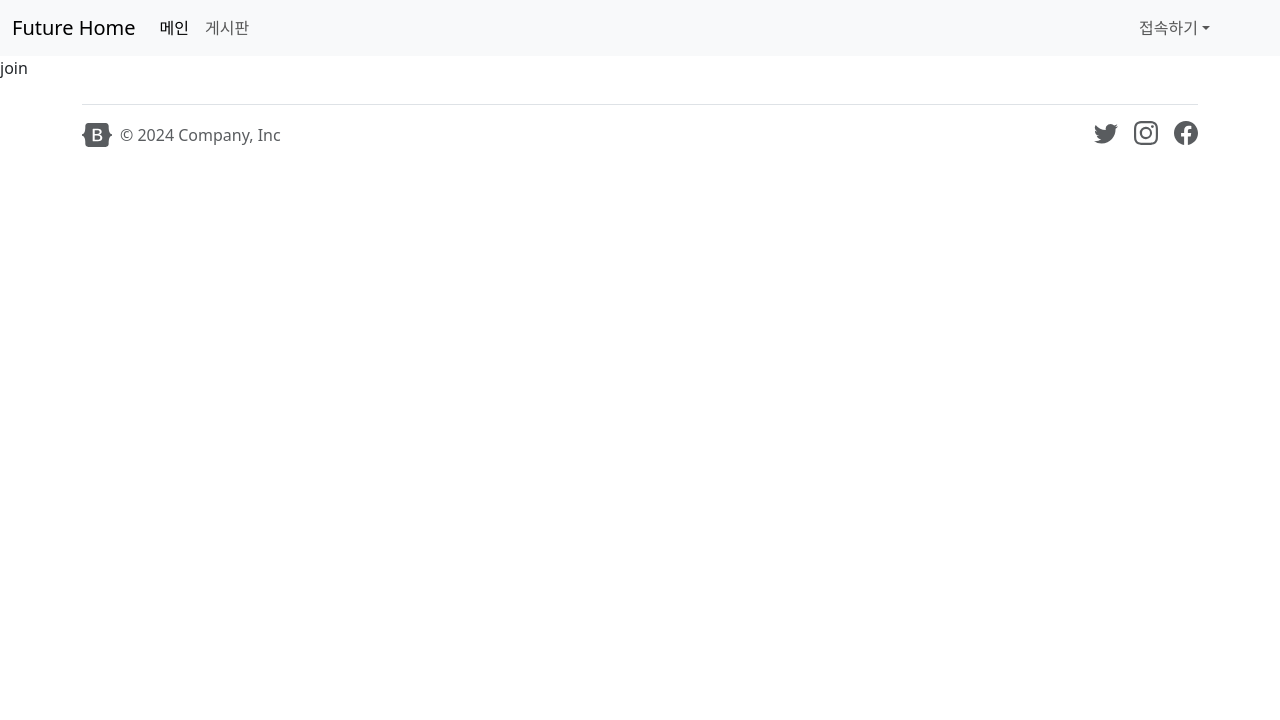
Repository: Mingkiiiii/JSP
Page: http://localhost/bbs/join.jsp
An editor plug-in stored every save of this project. The page is shown before and after the next save, followed by the edit.
The browser window is 1280 px wide. The pictures show the whole page.
The page is served by Tomcat 9. Other server files are loaded and not shown.

Above is the page before, as saved 2024-02-27 01:21:58.

### bbs/src/main/webapp/join.jsp
<%@ page language="java" contentType="text/html; charset=UTF-8"
    pageEncoding="UTF-8"%>
<!DOCTYPE html>
<html>
<head>
<meta charset="UTF-8">
<title>회원가입</title>
</head>
<body>
	<jsp:include page="WEB-INF/inc/top.jsp"></jsp:include>
	join
	<jsp:include page="WEB-INF/inc/footer.jsp"></jsp:include>
</body>
</html>

### bbs/src/main/webapp/WEB-INF/inc/top.jsp
<%@ page language="java" contentType="text/html; charset=UTF-8"
    pageEncoding="UTF-8"%>
<!DOCTYPE html>
<html>
<head>
<meta http-equiv="Content-Type" content="text/html; charset=UTF-8">
    <meta name="viewport" content="width=device-width, initial-scale=1.0">
    <script src="https://code.jquery.com/jquery-3.6.1.js"></script>
    <link href="https://cdn.jsdelivr.net/npm/bootstrap@5.3.1/dist/css/bootstrap.min.css" rel="stylesheet">
    <script src="https://cdn.jsdelivr.net/npm/bootstrap@5.3.1/dist/js/bootstrap.bundle.min.js"></script>
    <script src="https://cdnjs.cloudflare.com/ajax/libs/list.js/2.3.1/list.min.js"></script>
<title>Insert title here</title>
</head>
<%
	String userId = null;
	// 세션에 userId가 있을 경우
	if(session.getAttribute("userId") != null){
		userId =(String) session.getAttribute("userId");
	}
%>
<!-- nav 영역 -->
    <nav class="navbar navbar-expand-lg bg-body-tertiary">
        <div class="container-fluid">
            <a class="navbar-brand" href="index.jsp">Future Home</a>
            <button class="navbar-toggler" type="button" data-bs-toggle="collapse" data-bs-target="#navbarContent"
                aria-controls="navbarContent" aria-expanded="false" aria-label="Toggle naviation">
                <span class="navbar-toggler-icon"></span>
            </button>
            <div class="collapse navbar-collapse" id="navbarContent">
                <ul class="navbar-nav me-auto mb-2 mb-lg-0">
                    <li class="nav-item"><a class="nav-link active" aria-current="page" href="main.jsp">메인</a></li>
                    <li class="nav-item"><a class="nav-link" href="bbs.jsp">게시판</a>
                    </li>
                </ul>
                <% if(userId == null){ %>
                <ul class="nav navbar-nav navbar-right" style="margin-right:50px">
                    <li class="nav-item dropdown"><a class="nav-link dropdown-toggle" href="#" role="button"
                            data-bs-toggle="dropdown" aria-expanded="false"> 접속하기</a>
                        <ul class="dropdown-menu">
                            <li><a class="dropdown-item" href="login.jsp">로그인</a></li>
                            <li>
                                <hr class="dropdown-divider">
                            </li>
                            <li><a class="dropdown-item" href="join.jsp">회원가입</a></li>
                        </ul>
                    </li>
                </ul>
                <% }else{ %>
                 <ul class="nav navbar-nav navbar-right" style="margin-right:50px">
                 <li class="nav-item dropdown"><a class="nav-link dropdown-toggle" href="#" role="button"
                            data-bs-toggle="dropdown" aria-expanded="false"><%=userId %>님</a>
                        <ul class="dropdown-menu">
                            <li><a class="dropdown-item" href="mypage.jsp">마이페이지</a></li>
                            <li><a class="dropdown-item" href="LogoutAction.jsp">로그아웃</a></li>
                        </ul>
                    </li>
                </ul>
                <% } %>
            </div>
        </div>
    </nav>
    <!-- nav 영역 끝 -->
</html>

### bbs/src/main/webapp/WEB-INF/inc/footer.jsp
<%@ page language="java" contentType="text/html; charset=UTF-8"
    pageEncoding="UTF-8"%>
<!DOCTYPE html>
<html>
<head>
<meta charset="UTF-8">
<title>Insert title here</title>
<style>
      .bd-placeholder-img {
        font-size: 1.125rem;
        text-anchor: middle;
        -webkit-user-select: none;
        -moz-user-select: none;
        user-select: none;
      }

      @media (min-width: 768px) {
        .bd-placeholder-img-lg {
          font-size: 3.5rem;
        }
      }

      .b-example-divider {
        width: 100%;
        height: 3rem;
        background-color: rgba(0, 0, 0, .1);
        border: solid rgba(0, 0, 0, .15);
        border-width: 1px 0;
        box-shadow: inset 0 .5em 1.5em rgba(0, 0, 0, .1), inset 0 .125em .5em rgba(0, 0, 0, .15);
      }

      .b-example-vr {
        flex-shrink: 0;
        width: 1.5rem;
        height: 100vh;
      }

      .bi {
        vertical-align: -.125em;
        fill: currentColor;
      }

      .nav-scroller {
        position: relative;
        z-index: 2;
        height: 2.75rem;
        overflow-y: hidden;
      }

      .nav-scroller .nav {
        display: flex;
        flex-wrap: nowrap;
        padding-bottom: 1rem;
        margin-top: -1px;
        overflow-x: auto;
        text-align: center;
        white-space: nowrap;
        -webkit-overflow-scrolling: touch;
      }

      .btn-bd-primary {
        --bd-violet-bg: #712cf9;
        --bd-violet-rgb: 112.520718, 44.062154, 249.437846;

        --bs-btn-font-weight: 600;
        --bs-btn-color: var(--bs-white);
        --bs-btn-bg: var(--bd-violet-bg);
        --bs-btn-border-color: var(--bd-violet-bg);
        --bs-btn-hover-color: var(--bs-white);
        --bs-btn-hover-bg: #6528e0;
        --bs-btn-hover-border-color: #6528e0;
        --bs-btn-focus-shadow-rgb: var(--bd-violet-rgb);
        --bs-btn-active-color: var(--bs-btn-hover-color);
        --bs-btn-active-bg: #5a23c8;
        --bs-btn-active-border-color: #5a23c8;
      }
      .bd-mode-toggle {
        z-index: 1500;
      }
    </style>
</head>
<body>
	<!-- footer 영역 -->
    <svg xmlns="http://www.w3.org/2000/svg" class="d-none">
        <symbol id="bootstrap" viewBox="0 0 118 94">
          <title>Bootstrap</title>
          <path fill-rule="evenodd" clip-rule="evenodd" d="M24.509 0c-6.733 0-11.715 5.893-11.492 12.284.214 6.14-.064 14.092-2.066 20.577C8.943 39.365 5.547 43.485 0 44.014v5.972c5.547.529 8.943 4.649 10.951 11.153 2.002 6.485 2.28 14.437 2.066 20.577C12.794 88.106 17.776 94 24.51 94H93.5c6.733 0 11.714-5.893 11.491-12.284-.214-6.14.064-14.092 2.066-20.577 2.009-6.504 5.396-10.624 10.943-11.153v-5.972c-5.547-.529-8.934-4.649-10.943-11.153-2.002-6.484-2.28-14.437-2.066-20.577C105.214 5.894 100.233 0 93.5 0H24.508zM80 57.863C80 66.663 73.436 72 62.543 72H44a2 2 0 01-2-2V24a2 2 0 012-2h18.437c9.083 0 15.044 4.92 15.044 12.474 0 5.302-4.01 10.049-9.119 10.88v.277C75.317 46.394 80 51.21 80 57.863zM60.521 28.34H49.948v14.934h8.905c6.884 0 10.68-2.772 10.68-7.727 0-4.643-3.264-7.207-9.012-7.207zM49.948 49.2v16.458H60.91c7.167 0 10.964-2.876 10.964-8.281 0-5.406-3.903-8.178-11.425-8.178H49.948z"></path>
        </symbol>
        <symbol id="facebook" viewBox="0 0 16 16">
          <path d="M16 8.049c0-4.446-3.582-8.05-8-8.05C3.58 0-.002 3.603-.002 8.05c0 4.017 2.926 7.347 6.75 7.951v-5.625h-2.03V8.05H6.75V6.275c0-2.017 1.195-3.131 3.022-3.131.876 0 1.791.157 1.791.157v1.98h-1.009c-.993 0-1.303.621-1.303 1.258v1.51h2.218l-.354 2.326H9.25V16c3.824-.604 6.75-3.934 6.75-7.951z"/>
        </symbol>
        <symbol id="instagram" viewBox="0 0 16 16">
            <path d="M8 0C5.829 0 5.556.01 4.703.048 3.85.088 3.269.222 2.76.42a3.917 3.917 0 0 0-1.417.923A3.927 3.927 0 0 0 .42 2.76C.222 3.268.087 3.85.048 4.7.01 5.555 0 5.827 0 8.001c0 2.172.01 2.444.048 3.297.04.852.174 1.433.372 1.942.205.526.478.972.923 1.417.444.445.89.719 1.416.923.51.198 1.09.333 1.942.372C5.555 15.99 5.827 16 8 16s2.444-.01 3.298-.048c.851-.04 1.434-.174 1.943-.372a3.916 3.916 0 0 0 1.416-.923c.445-.445.718-.891.923-1.417.197-.509.332-1.09.372-1.942C15.99 10.445 16 10.173 16 8s-.01-2.445-.048-3.299c-.04-.851-.175-1.433-.372-1.941a3.926 3.926 0 0 0-.923-1.417A3.911 3.911 0 0 0 13.24.42c-.51-.198-1.092-.333-1.943-.372C10.443.01 10.172 0 7.998 0h.003zm-.717 1.442h.718c2.136 0 2.389.007 3.232.046.78.035 1.204.166 1.486.275.373.145.64.319.92.599.28.28.453.546.598.92.11.281.24.705.275 1.485.039.843.047 1.096.047 3.231s-.008 2.389-.047 3.232c-.035.78-.166 1.203-.275 1.485a2.47 2.47 0 0 1-.599.919c-.28.28-.546.453-.92.598-.28.11-.704.24-1.485.276-.843.038-1.096.047-3.232.047s-2.39-.009-3.233-.047c-.78-.036-1.203-.166-1.485-.276a2.478 2.478 0 0 1-.92-.598 2.48 2.48 0 0 1-.6-.92c-.109-.281-.24-.705-.275-1.485-.038-.843-.046-1.096-.046-3.233 0-2.136.008-2.388.046-3.231.036-.78.166-1.204.276-1.486.145-.373.319-.64.599-.92.28-.28.546-.453.92-.598.282-.11.705-.24 1.485-.276.738-.034 1.024-.044 2.515-.045v.002zm4.988 1.328a.96.96 0 1 0 0 1.92.96.96 0 0 0 0-1.92zm-4.27 1.122a4.109 4.109 0 1 0 0 8.217 4.109 4.109 0 0 0 0-8.217zm0 1.441a2.667 2.667 0 1 1 0 5.334 2.667 2.667 0 0 1 0-5.334z"/>
        </symbol>
        <symbol id="twitter" viewBox="0 0 16 16">
          <path d="M5.026 15c6.038 0 9.341-5.003 9.341-9.334 0-.14 0-.282-.006-.422A6.685 6.685 0 0 0 16 3.542a6.658 6.658 0 0 1-1.889.518 3.301 3.301 0 0 0 1.447-1.817 6.533 6.533 0 0 1-2.087.793A3.286 3.286 0 0 0 7.875 6.03a9.325 9.325 0 0 1-6.767-3.429 3.289 3.289 0 0 0 1.018 4.382A3.323 3.323 0 0 1 .64 6.575v.045a3.288 3.288 0 0 0 2.632 3.218 3.203 3.203 0 0 1-.865.115 3.23 3.23 0 0 1-.614-.057 3.283 3.283 0 0 0 3.067 2.277A6.588 6.588 0 0 1 .78 13.58a6.32 6.32 0 0 1-.78-.045A9.344 9.344 0 0 0 5.026 15z"/>
        </symbol>
    </svg>
    <div class="container">
        <footer class="d-flex flex-wrap justify-content-between align-items-center py-3 my-4 border-top">
          <div class="col-md-4 d-flex align-items-center">
            <a href="/" class="mb-3 me-2 mb-md-0 text-body-secondary text-decoration-none lh-1">
              <svg class="bi" width="30" height="24"><use xlink:href="#bootstrap"></use></svg>
            </a>
            <span class="mb-3 mb-md-0 text-body-secondary">© 2024 Company, Inc</span>
          </div>

          <ul class="nav col-md-4 justify-content-end list-unstyled d-flex">
            <li class="ms-3"><a class="text-body-secondary" href="#"><svg class="bi" width="24" height="24"><use xlink:href="#twitter"></use></svg></a></li>
            <li class="ms-3"><a class="text-body-secondary" href="#"><svg class="bi" width="24" height="24"><use xlink:href="#instagram"></use></svg></a></li>
            <li class="ms-3"><a class="text-body-secondary" href="#"><svg class="bi" width="24" height="24"><use xlink:href="#facebook"></use></svg></a></li>
          </ul>
        </footer>
    </div>
    <!-- footer 영역끝 -->
</body>
</html>

After the next save:
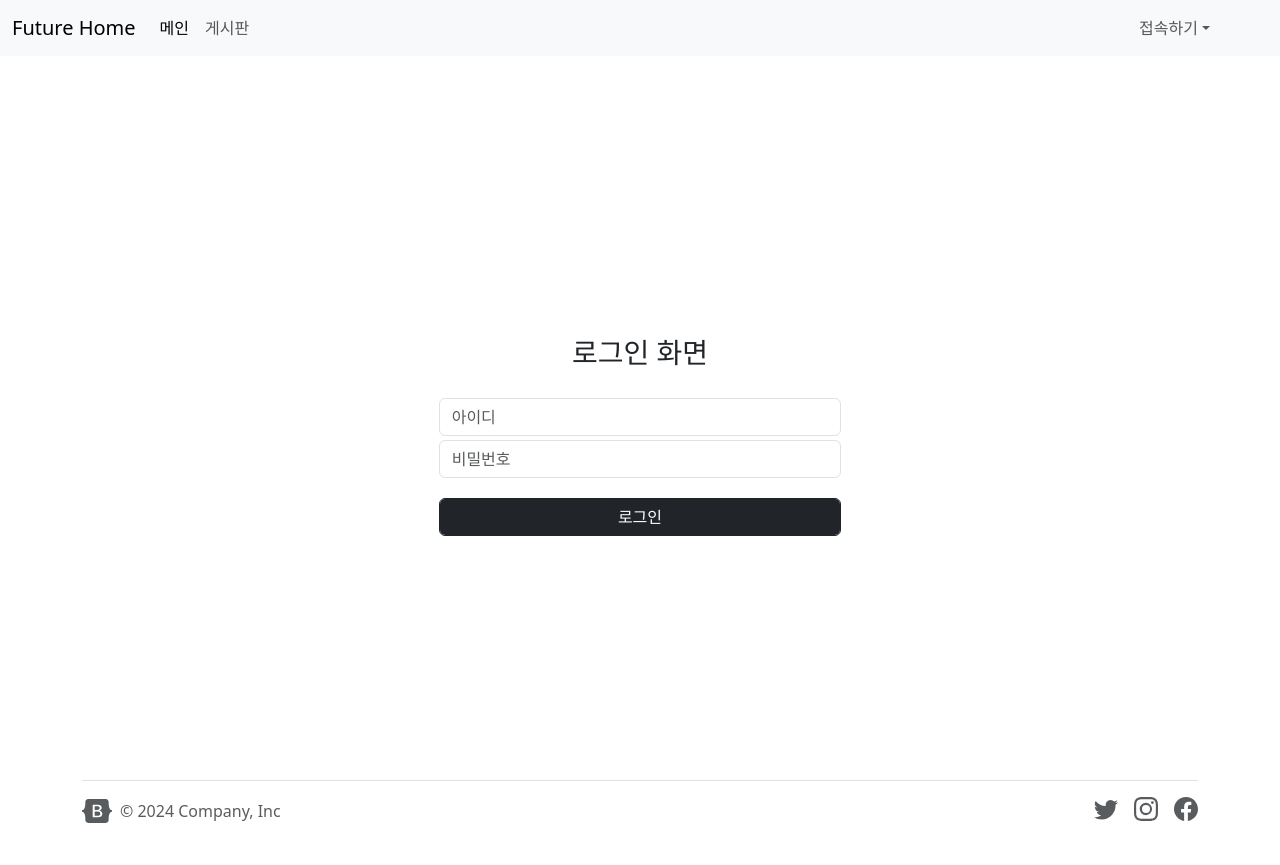
Saved 33 min 28 s later.
--- a/bbs/src/main/webapp/join.jsp
+++ b/bbs/src/main/webapp/join.jsp
@@ -8,7 +8,25 @@
 </head>
 <body>
 	<jsp:include page="WEB-INF/inc/top.jsp"></jsp:include>
-	join
+	<div class="container-fluid">
+      <div class="row align-items-center" style="height:700px">
+        <div class="col-lg-4"></div>
+        <div class="col-lg-4">
+          <form action="#" method="post">
+            <h3	style="text-align: center; padding-bottom: 5%; padding-top: 15%;">로그인 화면</h3>
+            <div class="form-group">
+              <input type="text" class="form-control" placeholder="아이디" 	name="" maxlength="20">
+            </div>
+            <div class="form-group pt-1" style="padding-bottom: 5%;">
+              <input type="password" class="form-control" placeholder="비밀번호" name="" maxlength="20">
+            </div>
+            <input type="submit" class="btn btn-dark form-control" value="로그인">
+          </form>
+        </div>
+        <div class="col-lg-4">
+        </div>
+      </div>
+    </div>
 	<jsp:include page="WEB-INF/inc/footer.jsp"></jsp:include>
 </body>
 </html>
